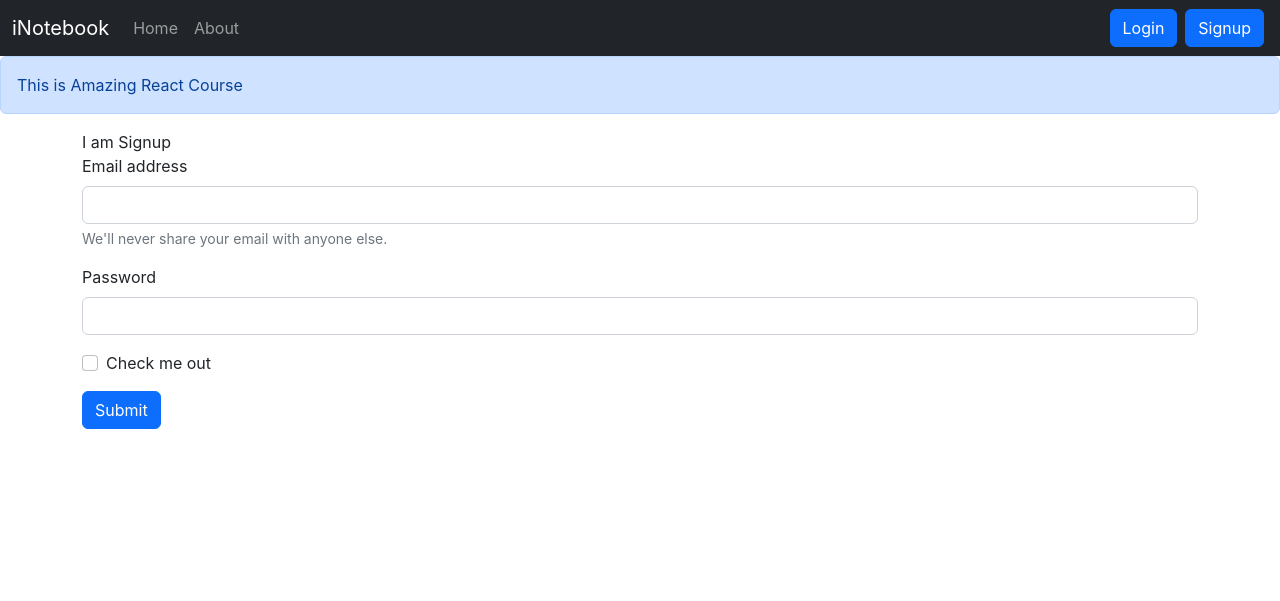
Repository: SatishPatil108/iNotebook-React
Page: /signup
The author's editor kept a copy of each file at every save. The page is drawn from the files as they stood at one save, then again after a run of saves.
The browser window is 1280 px wide. The pictures show the whole page.
Some web libraries are served in a nearby version. The project was rebuilt for these pictures with package versions that can differ from the ones it lists, and the page was loaded fresh each time. Also part of the build but not shown: src/App.css, src/components/AddNote.js, src/components/Noteitem.js, src/components/Notes.js, src/components/Home.js, src/components/About.js, src/components/Login.js.

Above is the page before, as saved 2022-08-02 14:54:58.

### public/index.html
<!DOCTYPE html>
<html lang="en">

<head>
  <meta charset="utf-8" />
  <link rel="icon" href="%PUBLIC_URL%/favicon.ico" />
  <meta name="viewport" content="width=device-width, initial-scale=1" />
  <meta name="theme-color" content="#000000" />
  <meta name="description" content="Web site created using create-react-app" />
  <link rel="apple-touch-icon" href="%PUBLIC_URL%/logo192.png" />

  <link rel="manifest" href="%PUBLIC_URL%/manifest.json" />
  <link href="https://cdn.jsdelivr.net/npm/bootstrap@5.2.0/dist/css/bootstrap.min.css" rel="stylesheet"
    integrity="sha384-gH2yIJqKdNHPEq0n4Mqa/HGKIhSkIHeL5AyhkYV8i59U5AR6csBvApHHNl/vI1Bx" crossorigin="anonymous">

  <title>iNotebook - Your Notes Secured in the Cloud</title>
</head>

<body>
  <noscript>You need to enable JavaScript to run this app.</noscript>
  <div id="root"></div>
  <script src="https://kit.fontawesome.com/e892c3092d.js" crossorigin="anonymous"></script>
  <script src="https://cdn.jsdelivr.net/npm/@popperjs/core@2.11.5/dist/umd/popper.min.js"
    integrity="sha384-Xe+8cL9oJa6tN/veChSP7q+mnSPaj5Bcu9mPX5F5xIGE0DVittaqT5lorf0EI7Vk"
    crossorigin="anonymous"></script>
  <script src="https://cdn.jsdelivr.net/npm/bootstrap@5.2.0/dist/js/bootstrap.min.js"
    integrity="sha384-ODmDIVzN+pFdexxHEHFBQH3/9/vQ9uori45z4JjnFsRydbmQbmL5t1tQ0culUzyK"
    crossorigin="anonymous"></script>

</body>

</html>

### src/App.js
import './App.css';
import {
  BrowserRouter as Router,
  Routes,
  Route
} from "react-router-dom";
import Navbar from './components/Navbar';
import Home from './components/Home';
import About from './components/About';
import NoteState from './context/notes/NoteState';
import { Alert } from './components/Alert';
import Login from './components/Login';
import Signup from './components/Signup';

function App() {
  return (
    <>
      <NoteState>
        <Router>
          <Navbar />
          <Alert message="This is Amazing React Course" />
          <div className="container">
            <Routes>
              <Route exact path="/" element={<Home />}></Route>
              <Route exact path="/about" element={<About />}></Route>
              <Route exact path="/login" element={<Login />}></Route>
              <Route exact path="/signup" element={<Signup />}></Route>
            </Routes>
          </div>
        </Router>
      </NoteState>
    </>
  );
}

export default App;

### src/components/Navbar.js
import React from 'react'
import { Link, useLocation } from "react-router-dom";

const Navbar = () => {

    let location = useLocation();

    return (
        <div>
            <nav className="navbar navbar-expand-lg navbar-dark  bg-dark">
                <div className="container-fluid">
                    <Link className="navbar-brand" to="/">iNotebook</Link>
                    <button className="navbar-toggler" type="button" data-bs-toggle="collapse" data-bs-target="#navbarSupportedContent" aria-controls="navbarSupportedContent" aria-expanded="false" aria-label="Toggle navigation">
                        <span className="navbar-toggler-icon"></span>
                    </button>
                    <div className="collapse navbar-collapse" id="navbarSupportedContent">
                        <ul className="navbar-nav me-auto mb-2 mb-lg-0">
                            <li className="nav-item">
                                <Link className={`nav-link ${location.pathname === "/" ? "active" : ""}`} aria-current="page" to="/">Home</Link>
                            </li>
                            <li className="nav-item">
                                <Link className={`nav-link ${location.pathname === "/about" ? "active" : ""}`} to="/about">About</Link>
                            </li>
                        </ul>
                        <form className="d-flex">
                            <Link className="btn btn-primary mx-1" to="/login" role="button">Login</Link>
                            <Link className="btn btn-primary mx-1" to="/signup" role="button">Signup</Link>
                        </form>
                    </div>
                </div>
            </nav>
        </div>
    )
}

export default Navbar

### src/context/notes/NoteState.js
import NoteContext from "./noteContext";
import { useState } from "react";

const NoteState = (props) => {
    const host = "http://localhost:5000";
    const notesInitial = []

    const [notes, setNotes] = useState(notesInitial)

    // Get All Notes
    const getNotes = async () => {
        // API  Call
        const response = await fetch(`${host}/api/notes/fetchallnotes`, {
            method: 'GET',
            headers: {
                'Accept': 'application/json',
                'Content-Type': 'application/json',
                "auth-token": "eyJhbGciOiJIUzI1NiIsInR5cCI6IkpXVCJ9.eyJ1c2VyIjp7ImlkIjoiNjJkYTM1NDdlNWM1ODE5OTQ0MDJhNDI0In0sImlhdCI6MTY1ODQ3MDg1Nn0.W1eGNrZ7Yg9gfobUoEM5HJCjRkO2B-m3WV_j7U6Bc_g",
            },
        });

        const json = await response.json();
        console.log(json);
        setNotes(json);
    }

    // Add a Note
    const addNote = async (title, description, tag) => {
        // API Call
        const response = await fetch(`${host}/api/notes/addnote`, {
            method: 'POST',
            headers: {
                'Accept': 'application/json',
                'Content-Type': 'application/json',
                "auth-token": "eyJhbGciOiJIUzI1NiIsInR5cCI6IkpXVCJ9.eyJ1c2VyIjp7ImlkIjoiNjJkYTM1NDdlNWM1ODE5OTQ0MDJhNDI0In0sImlhdCI6MTY1ODQ3MDg1Nn0.W1eGNrZ7Yg9gfobUoEM5HJCjRkO2B-m3WV_j7U6Bc_g",
            },
            body: JSON.stringify({ title, description, tag })
        });

        const note = await response.json();
        setNotes(notes.concat(note));
    }

    // Delete a Note
    const deleteNote = async (id) => {
        // API Call
        const response = await fetch(`${host}/api/notes/deletenote/${id}`, {
            method: 'DELETE',
            headers: {
                'Accept': 'application/json',
                'Content-Type': 'application/json',
                "auth-token": "eyJhbGciOiJIUzI1NiIsInR5cCI6IkpXVCJ9.eyJ1c2VyIjp7ImlkIjoiNjJkYTM1NDdlNWM1ODE5OTQ0MDJhNDI0In0sImlhdCI6MTY1ODQ3MDg1Nn0.W1eGNrZ7Yg9gfobUoEM5HJCjRkO2B-m3WV_j7U6Bc_g"
            }
        });
        const json = await response.json();
        console.log(json);

        const newNotes = notes.filter((note) => { return note._id !== id })
        setNotes(newNotes);
    }
    //  Edit a Note
    const editNote = async (id, title, description, tag) => {
        // API  Call
        const response = await fetch(`${host}/api/notes/updatenote/${id}`, {
            method: 'PUT',
            headers: {
                'Accept': 'application/json',
                'Content-Type': 'application/json',
                "auth-token": "eyJhbGciOiJIUzI1NiIsInR5cCI6IkpXVCJ9.eyJ1c2VyIjp7ImlkIjoiNjJkYTM1NDdlNWM1ODE5OTQ0MDJhNDI0In0sImlhdCI6MTY1ODQ3MDg1Nn0.W1eGNrZ7Yg9gfobUoEM5HJCjRkO2B-m3WV_j7U6Bc_g"
            },
            body: JSON.stringify({ title, description, tag })
        });
        const json = await response.json();
        console.log(json);

        // Logic to edit in Client
        for (let index = 0; index < notes.length; index++) {
            const element = notes[index];
            if (element._id === id) {
                element.title = title;
                element.description = description;
                element.tag = tag;
            }
        }
        getNotes();
    }


    return (
        <NoteContext.Provider value={{ notes, addNote, deleteNote, editNote, getNotes }}>
            {props.children}
        </NoteContext.Provider>
    )
}

export default NoteState;

### src/components/Alert.js
import React from 'react'

export const Alert = (props) => {
    return (
        <div className="alert alert-primary" role="alert">
            {props.message}
        </div>
    )
}

### src/components/Signup.js
import React from 'react'

const Signup = () => {
    return (
        <div>
            I am Signup
            <form>
                <div class="mb-3">
                    <label for="exampleInputEmail1" class="form-label">Email address</label>
                    <input type="email" class="form-control" id="exampleInputEmail1" aria-describedby="emailHelp" />
                    <div id="emailHelp" class="form-text">We'll never share your email with anyone else.</div>
                </div>
                <div class="mb-3">
                    <label for="exampleInputPassword1" class="form-label">Password</label>
                    <input type="password" class="form-control" id="exampleInputPassword1" />
                </div>
                <div class="mb-3 form-check">
                    <input type="checkbox" class="form-check-input" id="exampleCheck1" />
                    <label class="form-check-label" for="exampleCheck1">Check me out</label>
                </div>
                <button type="submit" class="btn btn-primary">Submit</button>
            </form>
        </div>
    )
}

export default Signup

Loaded but not shown: src/index.js (common file); src/index.css (common file); src/context/notes/noteContext.js (common file)

After the next 3 saves:
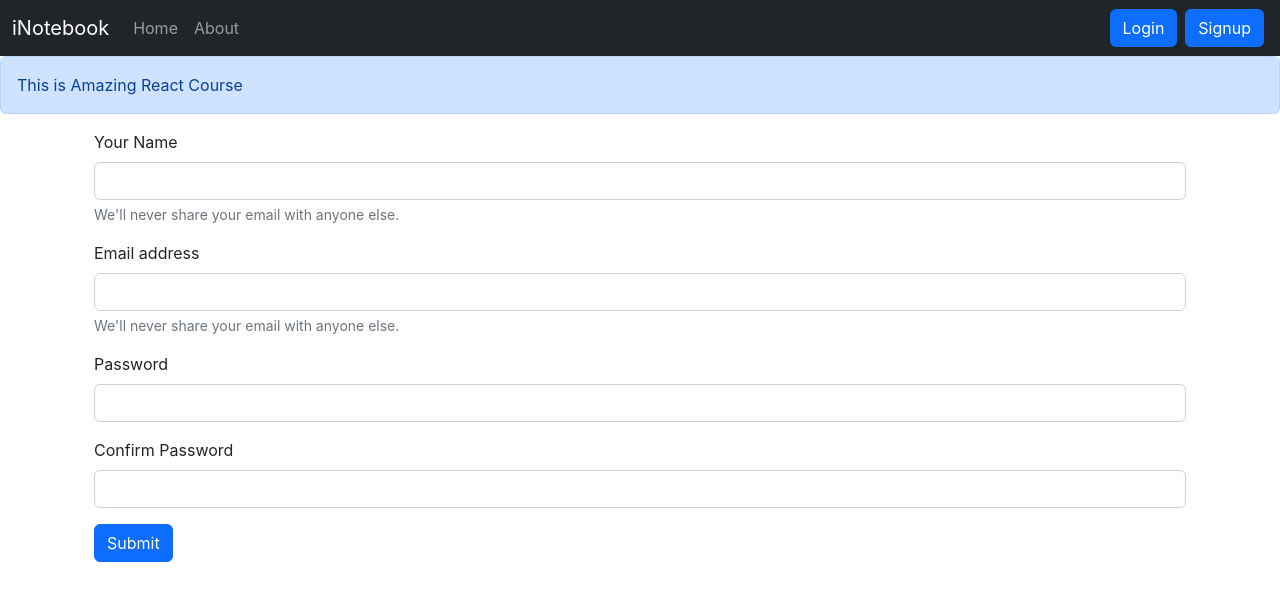
The 3 saves are shown as one change because 2 did not build or start.
The last was saved 18 min 1 s later.
--- a/src/components/Signup.js
+++ b/src/components/Signup.js
@@ -1,23 +1,58 @@
-import React from 'react'
+import React, { useState } from 'react'
+import { useNavigate } from 'react-router-dom';
 
 const Signup = () => {
+    const [credentials, setCredentials] = useState({ email: "", password: "" });
+    let navigate = useNavigate();
+
+    const handleSubmit = async (e) => {
+        e.preventDefault();
+        const response = await fetch("http://localhost:5000/api/auth/createuser", {
+            method: 'POST',
+            headers: {
+                'Accept': 'application/json',
+                'Content-Type': 'application/json'
+            },
+            body: JSON.stringify({ email: credentials.email, password: credentials.password })
+        });
+        const json = await response.json();
+        console.log(json);
+
+        if (json.success) {
+            // save the auth token and redirect
+            localStorage.setItem('token', json.authtoken);
+            navigate("/");
+        }
+        else {
+            alert("Invalid Crendentials");
+        }
+    }
+    const onChange = (e) => {
+        setCredentials({ ...credentials, [e.target.name]: e.target.value });
+    }
+
     return (
-        <div>
-            I am Signup
-            <form>
+        <div className="container">
+            <form onSubmit={handleSubmit}>
                 <div class="mb-3">
-                    <label for="exampleInputEmail1" class="form-label">Email address</label>
-                    <input type="email" class="form-control" id="exampleInputEmail1" aria-describedby="emailHelp" />
+                    <label htmlFor="name" class="form-label">Your Name</label>
+                    <input type="text" class="form-control" id="name" onChange={onChange} aria-describedby="emailHelp" />
                     <div id="emailHelp" class="form-text">We'll never share your email with anyone else.</div>
                 </div>
                 <div class="mb-3">
-                    <label for="exampleInputPassword1" class="form-label">Password</label>
-                    <input type="password" class="form-control" id="exampleInputPassword1" />
+                    <label htmlFor="email" class="form-label">Email address</label>
+                    <input type="email" class="form-control" id="email" onChange={onChange} aria-describedby="emailHelp" />
+                    <div id="emailHelp" class="form-text">We'll never share your email with anyone else.</div>
                 </div>
-                <div class="mb-3 form-check">
-                    <input type="checkbox" class="form-check-input" id="exampleCheck1" />
-                    <label class="form-check-label" for="exampleCheck1">Check me out</label>
+                <div class="mb-3">
+                    <label htmlFor="password" class="form-label">Password</label>
+                    <input type="password" class="form-control" id="password" onChange={onChange} name="password" />
                 </div>
+                <div class="mb-3">
+                    <label htmlFor="cpassword" class="form-label">Confirm Password</label>
+                    <input type="password" class="form-control" id="password" onChange={onChange} name="cpassword" />
+                </div>
+
                 <button type="submit" class="btn btn-primary">Submit</button>
             </form>
         </div>
